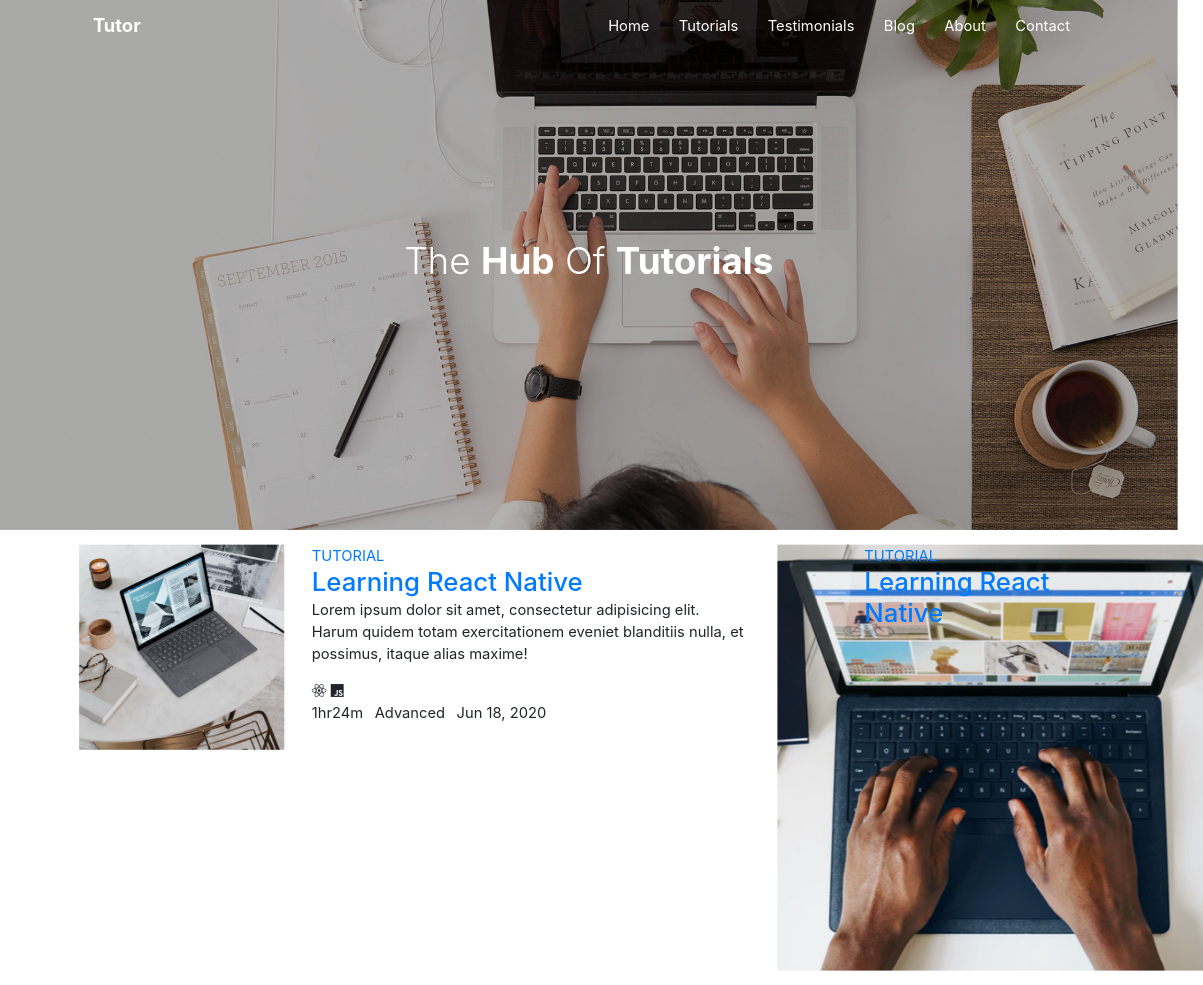
Repository: longvh2003/Tutor
Page: Views/home.html
An editor plug-in stored every save of this project. The page is shown before and after the next save, followed by the edit.
The browser window is 1280 px wide. The page is 1308 px wide, then 1280 px, so the pictures cover 1308 px, including what lies to the right of the window. The pictures show the whole page, at 92% of full size.
Some web libraries are served in a nearby version.

Above is the page before, as saved 2020-08-12 16:48:59.

After the next save:
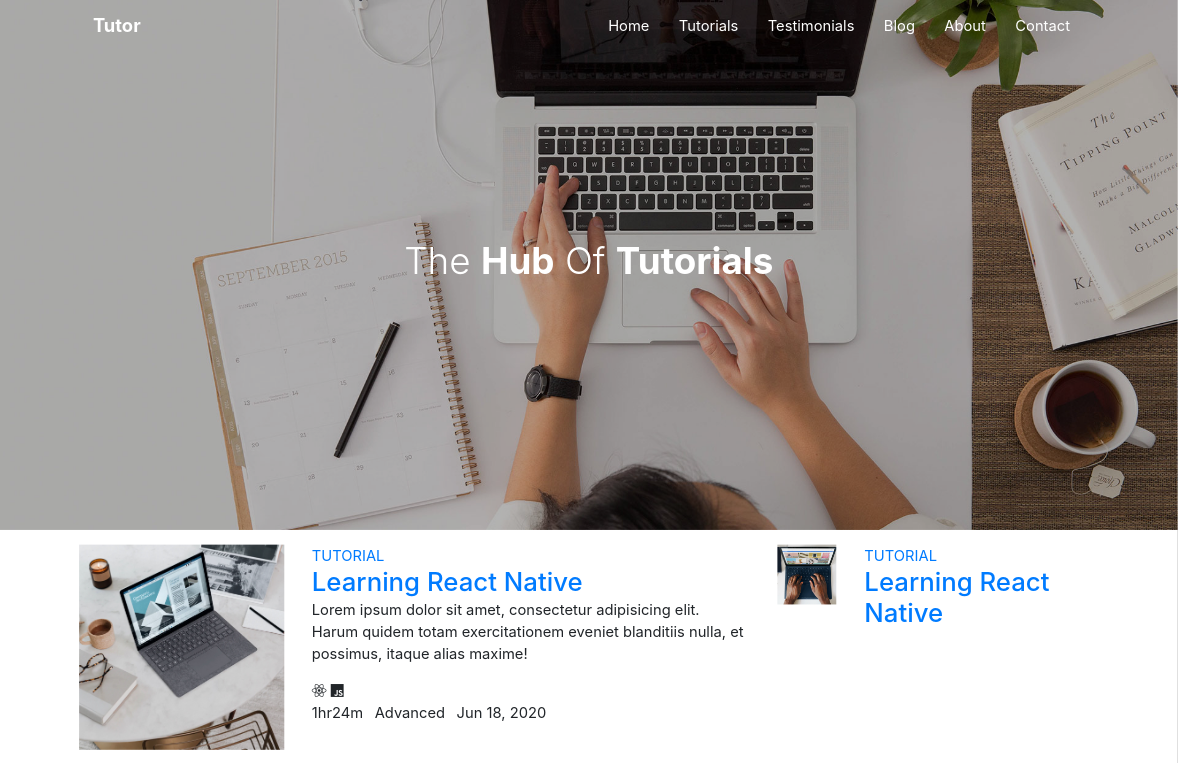
Saved 20 s later.
--- a/Views/home.html
+++ b/Views/home.html
@@ -70,7 +70,7 @@
             </div>
             <div class="col-lg-4">
                 <div class="row">
-                    <div class="col-3"><img src="../Image/img_2.jpg" alt="..."></div>
+                    <div class="col-3"><img class="img-latest-content" src="../Image/img_2.jpg" alt="..."></div>
                     <div class="col-9">
                         <div><a href="#">TUTORIAL</a></div>
                         <div><a href="#" class="h3">Learning React Native</a></div>
